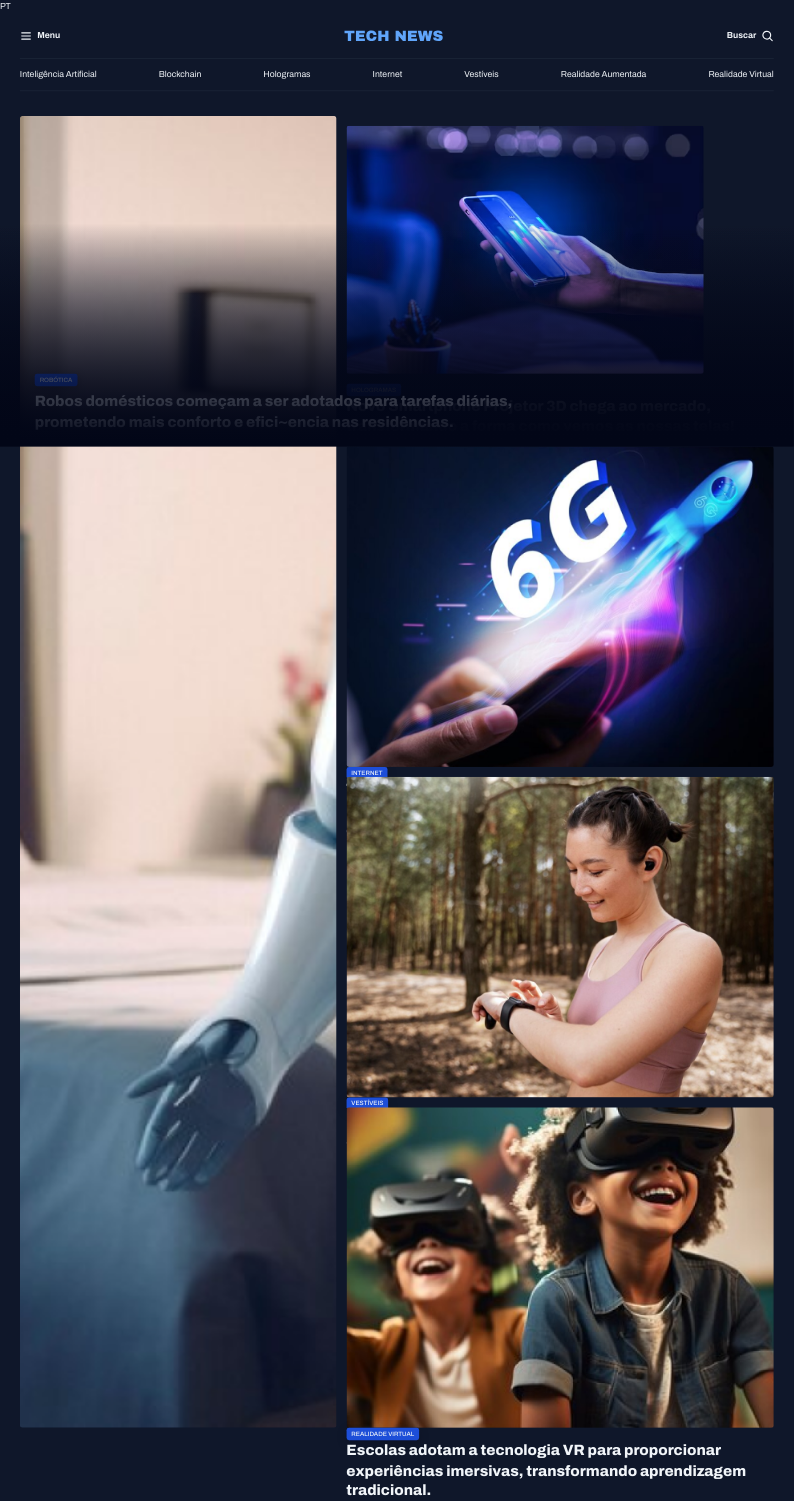
Repository: JeffRodFer/portalDeNoticias
Page: index.html
These files come from the project's save history. The page is drawn as it stood at one moment and after the next save; the edit follows.
The browser window is 1280 px wide. The pictures show the whole page, at 62% of full size.

Above is the page before, as saved 2025-04-15 22:08:54.

### index.html
PT<!DOCTYPE html>
<html lang="pt-BR">
  <head>
    <link rel="preconnect" href="https://fonts.googleapis.com">
  <link rel="preconnect" href="https://fonts.gstatic.com" crossorigin>
  <meta charset="UTF-8">
  <meta name="viewport" content="width=device-width, initial-scale=1.0">
  <title>Portal de Notícias</title>
  <link rel="stylesheet" href="styles/index.css">

  <link href="https://fonts.googleapis.com/css2?family=Archivo:ital,wght@0,100..900;1,100..900&family=Bree+Serif&family=Poppins:wght@400;700&display=swap" rel="stylesheet">

</head>
<body>
  <header class="container">
    <nav id="primary" class="grid grid-flow-col">
      <div>
        <img src="assets/icons/List.svg" alt="ícone de menu">
        <strong>Menu</strong>
      </div>
        <div>
          <img src="assets/Logo (1).svg" alt="TechNews logo">
        </div>
        <div>
          <strong>Buscar</strong>
          <img src="assets/icons/MagnifyingGlass.svg" alt="ícone de lupa para pesquisa">
        </div>
    </nav>
    <nav id="secondary" class="grid grid-flow-col">
      <a href="#">Inteligência Artificial</a>
      <a href="#">Blockchain</a>
      <a href="#">Hologramas</a>
      <a href="#">Internet</a>
      <a href="#">Vestíveis</a>
      <a href="#">Realidade Aumentada</a>
      <a href="#">Realidade Virtual</a>
    </nav>
  </header>
  <main class="grid container">
    <section id="featured" class="grid grid-flow-col gap-16">
      <figure class="card">
        <img src="assets/images/Image 01.png" alt="">

        <figcaption>
          <span class="content-tag">robótica</span>
          <h2 class="text-2xl">
            Robos domésticos começam a ser adotados para tarefas diárias, <br> prometendo mais conforto e efici~encia nas residências.
          </h2>
        </figcaption>
      </figure>
      <div class="grid grid cols-2 gap-16">
        <figure class="card"></figure>
          <img src="assets/images/Image 02.png" alt="Novo Smartphone Projetor 3D chega ao mercado, transformando a forma como vemos as nossas telas!">

          <figcaption>
            <span class="content-tag">Hologramas</span>
            <h2 class="text-2xl">
              Novo Smartphone Projetor 3D chega ao mercado, transformando a forma como vemos as nossas telas!
            </h2>
          </figcaption>
        </figure>
        <figure>
          <img src="assets/images/Image 03.png" alt="Tecnologia 3D chega as metropoles brasileiras, prometendo revolucionar a forma como vivemos e nos comunicamos.">

          <figcaption>
            <span class="content-tag">Internet</span>
            <h2 class="text-2xl">
            Tecnologia 3D chega as metropoles brasileiras, prometendo revolucionar a forma como vivemos e nos comunicamos.
            </h2>
          </figcaption>
      </figure>
        <figure>
          <img src="assets/images/Image 04.png" alt="Empresa lança relógio inteligente capaz de monitorar a saúde mental, oferecendo insights valiosos para os médicos.">

          <figcaption>
            <span class="content-tag">Vestíveis</span>
            <h2 class="text-2xl">
            Empresa lança relógio inteligente capaz de monitorar a saúde mental, oferecendo insights valiosos para os médicos.
            </h2>
          </figcaption>
        </figure>
        <figure>
          <img src="assets/images/Image 05.png" alt=" Escolas adotam a tecnologia VR para proporcionar experiências imersivas, transformando aprendizagem tradicional.">

          <figcaption>
            <span class="content-tag">Realidade Virtual</span>
            <h2 class="text-2xl">
             Escolas adotam a tecnologia VR para proporcionar experiências imersivas, transformando aprendizagem tradicional.
            </h2>
          </figcaption>
        </figure>
      </div>
    </section>
  </main>
</body>
</html>

### styles/global.css
* {
  margin: 0;
  padding: 0;
  box-sizing: border-box;
}

:root {
  --brand-color-light: #60a5fa ;
  --brand-color-dark: #1d4ed8;
  --bg-color: #0f172a;
  --stroke-color: #1e293b;
  --text-color-primary: #f1f5f9;
  --text-color-secondary: #cbd5e1;

  --font-family: 'Archivo', sans-serif;
  --h1: 800 24px/135% var(--font-family);
  --h2: 800 16px/140% var(--font-family);
  --h3: 800 14px/140% var(--font-family);
  --text-span: 400 16px/140% var(--font-family);
  --text: 400 14px/160% var(--font-family);

}

body {
  font: var(--text);
  color: var(--text-color-primary);
  background-color: var(--bg-color);
}

a {
  text-decoration: none;
  color: inherit;
}

a:hover {
  color: var(--brand-color-light);
}

h1,h2,h3 {
  font:inherit;
}

img {
  max-width: 100%;
}

.container {
  max-width: 1280px;
  padding-inline: 32px;
  margin-inline: auto;
}
main {
  margin-top: 40px ;
}
.content-tag {
  display: inline-block;
  background-color: var(--brand-color-dark);
  padding: 4px 8px;
  border-radius: 4px;
  font: 500 10px/1.2 var(--font-family);
  text-transform: uppercase;
  color: var(--text-color-primary);
  box-shadow: 0px 4px 16px rgba(2, 3, 23, 0.251);
}

### styles/utility.css
/* utility-first */
.grid {
  display: grid;
}
.grid-flow-col {
  grid-auto-flow: column;
}

.grid-cols-2 {
  grid-template-columns: 1fr 1fr;
}

.gap-16 {
  gap: 16px;
}

.text-2xl {
  font: var(--h1);
}
.text-2x {
  font: var(--h2);
}
.text-lg {
  font: var(--h3);
}
.text-sm {
  font: var(--text-sm);
}

### styles/header.css
#primary {
  padding-block: 20px;

  div {
    display: flex;
    align-items: center;
    gap: 8px;
  }

  /* nesting css */
  div:nth-child(2) {
    margin-inline: auto;
}
div:nth-child(3) {
  justify-self: end;
}
}
#secondary {
  padding-block: 14px;
  border: solid 1px var(--stroke-color);
  border-inline: none;
  justify-content: space-between;
}

### styles/sections.css
#featured {
  img {
    height: 100%;
    object-fit: cover;
    border-radius: 4px;
  }
.card {
  border-radius: 4px;
  overflow: hidden;
  object-fit: relative;

  &::before {
   content: "";
   position: absolute;
   inset: 0;
   top: 50%;
   background: linear-gradient(
    180deg,
    transparent 0%,
    #020617 100%
   );
  }
  figcaption {
    position: absolute;
    bottom: 0;

    padding: 24px;

    h2 {
      margin-top: 8px;
    }
  }
}
}

Loaded but not shown: styles/index.css (common file)

After the next save:
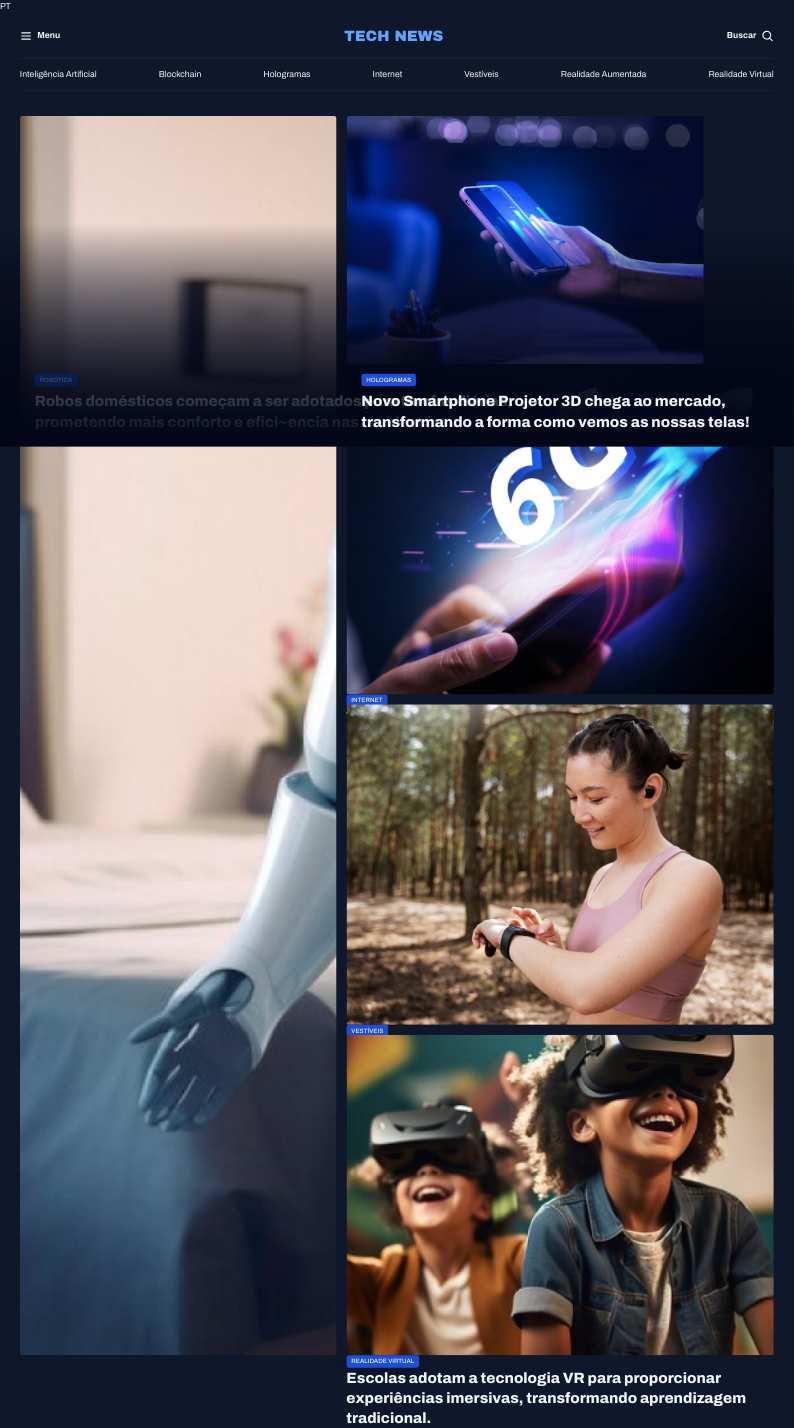
Saved 5 s later.
--- a/index.html
+++ b/index.html
@@ -49,7 +49,7 @@ PT<!DOCTYPE html>
         </figcaption>
       </figure>
       <div class="grid grid cols-2 gap-16">
-        <figure class="card"></figure>
+        <figure class="card">
           <img src="assets/images/Image 02.png" alt="Novo Smartphone Projetor 3D chega ao mercado, transformando a forma como vemos as nossas telas!">
 
           <figcaption>
